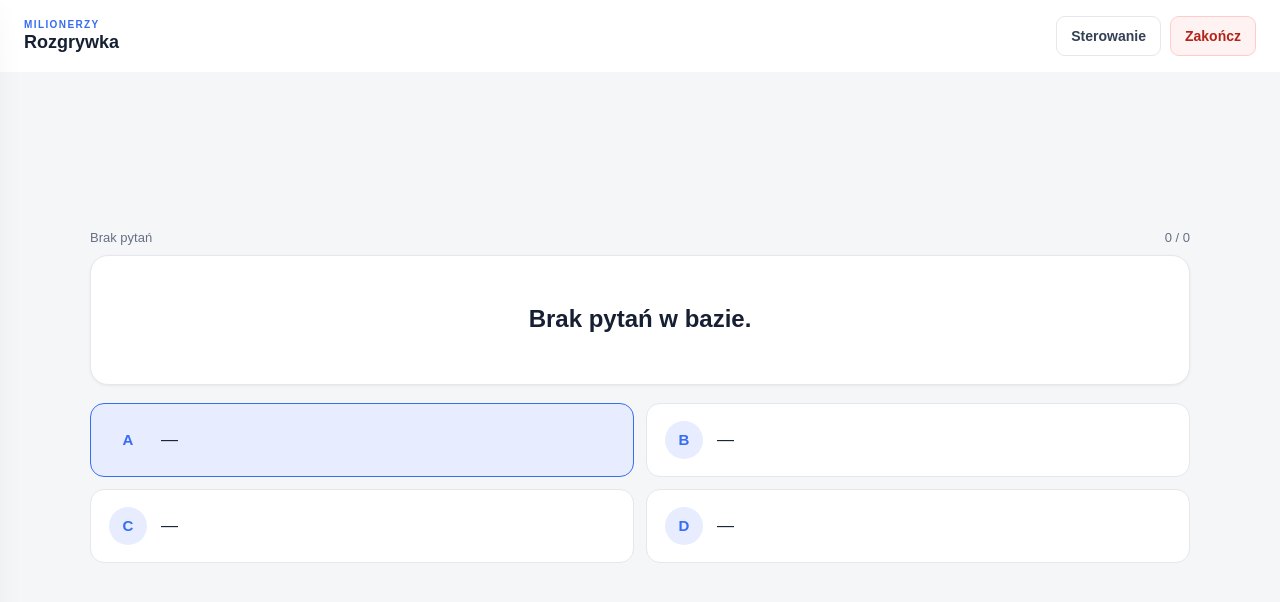
Repository: WaleonGames/HTGMilionerzy
Page: views/game.html
An editor plug-in stored every save of this project. The page is shown before and after the next save, followed by the edit.
The browser window is 1280 px wide. The pictures show the whole page.
After loading, the first visible `button.game-answer` was clicked once.

Above is the page before, as saved 2026-09-05 20:48:36.

After the next save:
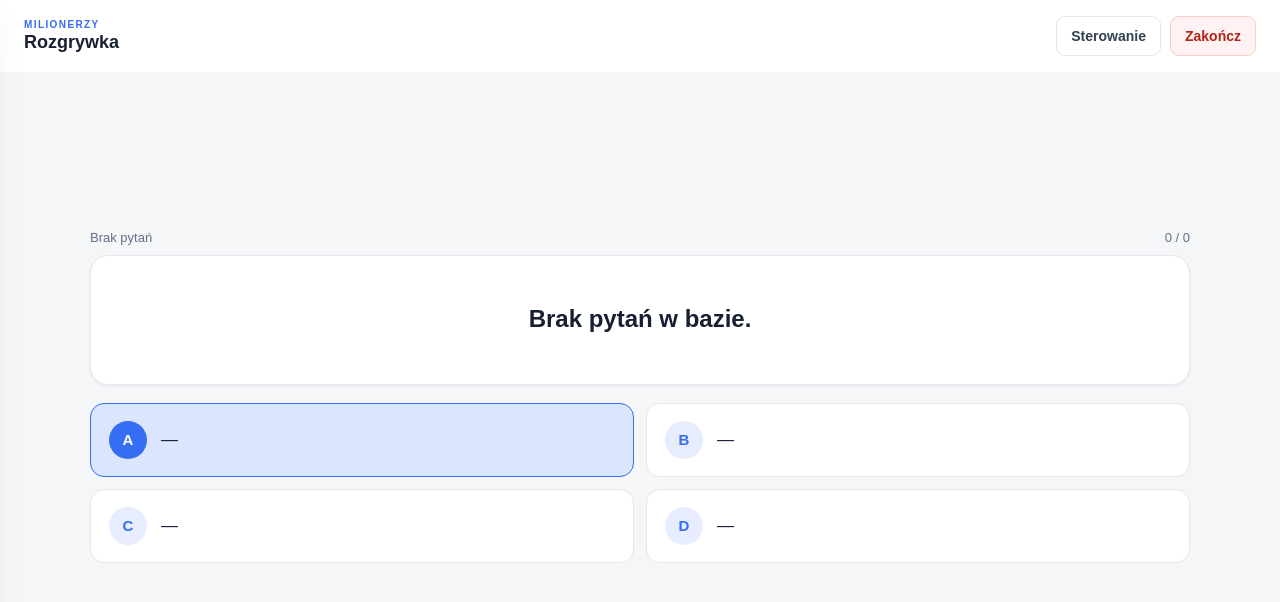
Saved 82 s later.
--- a/public/css/game.css
+++ b/public/css/game.css
@@ -187,8 +187,24 @@ button{
 ========================= */
 
 .game-answer.selected{
-  background:var(--design-primary-light);
+  background:color-mix(
+    in srgb,
+    var(--design-primary) 18%,
+    var(--design-surface) 82%
+  );
+
+  color:var(--design-text);
+
   border-color:var(--design-primary);
+}
+
+.game-answer.selected .game-answer-letter{
+  background:var(--design-primary);
+  color:#fff;
+}
+
+.game-answer.selected .game-answer-text{
+  color:var(--design-text);
 }
 
 .game-answer.correct{
@@ -202,6 +218,10 @@ button{
   color:#fff;
 }
 
+.game-answer.correct .game-answer-text{
+  color:var(--design-success);
+}
+
 .game-answer.wrong{
   background:var(--design-danger-light);
   color:var(--design-danger);
@@ -211,6 +231,10 @@ button{
 .game-answer.wrong .game-answer-letter{
   background:var(--design-danger);
   color:#fff;
+}
+
+.game-answer.wrong .game-answer-text{
+  color:var(--design-danger);
 }
 
 /* =========================
